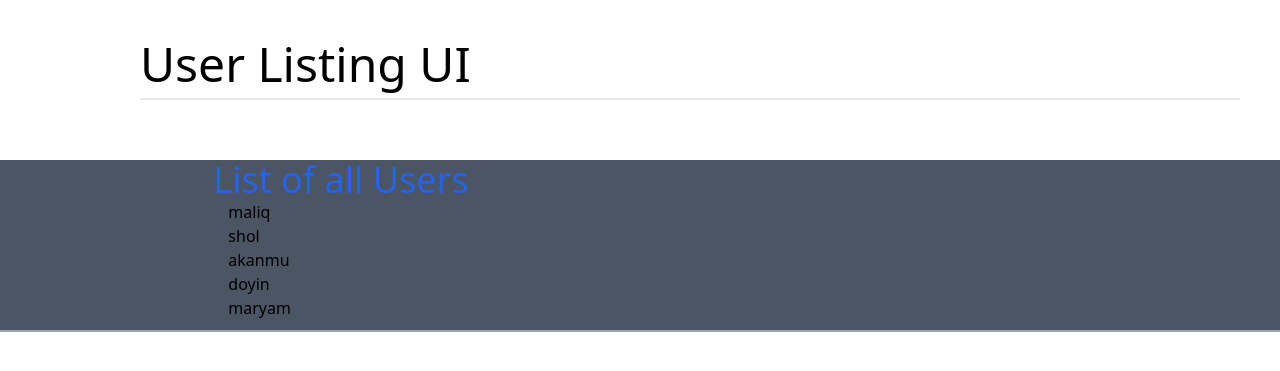
Repository: Marlstergo/listings
Page: / (app in client/)
An editor plug-in stored every save of this project. The page is shown before and after the next save, followed by the edit.
The browser window is 1280 px wide. The pictures show the whole page.
The project was rebuilt for these pictures with package versions that can differ from the ones it lists, and the page was loaded fresh each time. Also part of the build but not shown: client/craco.config.js, client/src/components/Loader.js, client/src/components/Order.js, client/src/components/Modal.js. Imported but missing from the stored project, and not drawn on this page: client/src/components/Base, client/src/components/Toppings.

Above is the page before, as saved 2021-07-20 23:33:22.

### client/src/index.js
/* eslint-disable no-unused-vars */
import React from "react";
import ReactDOM from "react-dom";
import "./index.css";
import App from "./App";
import reportWebVitals from "./reportWebVitals";
import { BrowserRouter } from "react-router-dom";
import { Provider } from "react-redux";
import { store } from "./redux/store";
import { PersistGate } from "redux-persist/integration/react";
import { persistor } from "./redux/store";

ReactDOM.render(
  <React.StrictMode>
    <Provider store={store}>
      <BrowserRouter>
        <PersistGate persistor={persistor}>
          <App />
        </PersistGate>
      </BrowserRouter>
    </Provider>
  </React.StrictMode>,
  document.getElementById("root")
);

// If you want to start measuring performance in your app, pass a function
// to log results (for example: reportWebVitals(console.log))
// or send to an analytics endpoint. Learn more: https://bit.ly/CRA-vitals
reportWebVitals();

### client/src/App.js
import React, { useState } from 'react';
import { Route, Switch, useLocation } from "react-router-dom";
import Header from './components/Header';
import Home from './components/Home';
import Base from './components/Base';
import Toppings from './components/Toppings';
import Order from './components/Order';
import Modal from './components/Modal';
import { AnimatePresence } from 'framer-motion';

function App() {
  const location = useLocation();
  const showModal = true;

  return (
    <>
      <Header />
      {/* <Modal showModal={showModal} /> */}
      <AnimatePresence exitBeforeEnter>
        <Switch location={location} key={location.key}>
          <Route path="/">
            <Home />
          </Route>
          <Route path="/createUpdateUser">
            <Toppings />
          </Route>
          <Route path="/order">
            <Order />
          </Route>
          <Route path="/">
            <Home />
          </Route>
        </Switch>
      </AnimatePresence>

    </>
  );
}

export default App;

### client/src/redux/store.js
import { createStore, applyMiddleware } from "redux";
import { logger } from 'redux-logger';
import {persistStore} from 'redux-persist';
// import thunk from 'redux-thunk'
import createSagaMiddleware from 'redux-saga'

import rootSaga from './root-sagas'

import rootReducer from './root-reducer';

const sagaMiddleware = createSagaMiddleware()

const middleware = [sagaMiddleware];

if( process.env.NODE_ENV === 'development'){
    middleware.push(logger)
}

export const store = createStore(rootReducer, applyMiddleware(...middleware))

sagaMiddleware.run(rootSaga)

export const persistor = persistStore(store)

export default (store, persistor);

### client/src/components/Header.js
import React from 'react';
import { motion } from 'framer-motion';

const svgVariants = {
  hidden: { rotate: -180 },
  visible: {
    rotate: 0,
    transition: { duration : 1 }
  },
}

const pathVariants = {
  hidden: {
    opacity: 0,
    pathLength: 0,
  },
  visible: {
    opacity: 1,
    pathLength: 1,
    transition: {
      duration: 2,
      ease: "easeInOut",
    }
  }
};


const Header = () => {
  return (
    <header className='flex p-[40px]  items-center'>
      <motion.div className="logo"
        drag
        dragConstraints={{ left: 0, top: 0, right: 0, bottom: 0 }}
        dragElastic={0.7}
      >
        <motion.svg className="w-[80px] overflow-visible" xmlns="http://www.w3.org/2000/svg" viewBox="0 0 100 100"
          variants={svgVariants}
          initial="hidden"
          animate="visible"
        >
          <motion.path
            fill="none"
            d="M40 40 L80 40 C80 40 80 80 40 80 C40 80 0 80 0 40 C0 40 0 0 40 0Z"
            variants={pathVariants}
          />
          <motion.path
            fill="none"
            d="M50 30 L50 -10 C50 -10 90 -10 90 30 Z"
            variants={pathVariants}
          />
        </motion.svg>
      </motion.div>
      <motion.div className=" flex-grow ml-[20px] text-xs"
        initial={{ y: -250}}
        animate={{ y: -10 }}
        transition={{ delay: 0.2, type: 'spring', stiffness: 120 }}
      >
        <h1 className="border-b-2 pb-[10px] text-5xl">User Listing UI</h1>
      </motion.div>
    </header>
  )
}

export default Header;

### client/src/components/Home.js
import React from "react";
import { Link } from "react-router-dom";
import { motion } from "framer-motion";
import Loader from "./Loader";

const buttonVariants = {
  hover: {
    scale: 1.1,
    textShadow: "0px 0px 8px rgb(255,255,255)",
    boxShadow: "0px 0px 8px rgb(255,255,255)",
    transition: {
      duration: 0.3,
      yoyo: 5,
    },
  },
};

const containerVariants = {
  hidden: {
    opacity: 0,
  },
  visible: {
    opacity: 1,
    transition: { delay: 1.5, duration: 1.5 },
  },
  exit: {
    x: "-100vh",
    transition: { ease: "easeInOut" },
  },
};
const users = ["maliq", "shol", "akanmu", "doyin", "maryam"];
const Home = () => {
  return (
    <motion.div
      className="bg-gray-600  pb-[10px] mb-[10px] border-b-2 border-gray-400 flex flex-col items-center"
      variants={containerVariants}
      initial="hidden"
      animate="visible"
      exit="exit"
    >
      <div className="w-2/3 ">
        <h1 className="text-blue-600 text-4xl">List of all Users</h1>
        <ul className="pl-[15px]">
          {users.map(
            (user , idx) => (
              <li key={idx}>{user}</li>
            )
          )}

        </ul>
        {/* <table className="min-w-full divide-y divide-gray-200">
          <thead>
            <tr>
              <th className="px-6 py-3 bg-gray-50 text-left text-xs font-medium text-gray-500 uppercase tracking-wider">
                Transaction
              </th>
              <th className="px-6 py-3 bg-gray-50 text-right text-xs font-medium text-gray-500 uppercase tracking-wider">
                Amount
              </th>
              <th className="hidden px-6 py-3 bg-gray-50 text-left text-xs font-medium text-gray-500 uppercase tracking-wider md:block">
                Status
              </th>
              <th className="px-6 py-3 bg-gray-50 text-right text-xs font-medium text-gray-500 uppercase tracking-wider">
                Date
              </th>
            </tr>
          </thead>
        </table> */}
      </div>
    </motion.div>
  );
};

export default Home;

### client/src/redux/root-sagas.js
import {all, call} from 'redux-saga/effects'
import {userSagas} from './user/user.sagas'


export default function* rootSaga(){
    yield all([
        call(userSagas),
    ])
}

### client/src/redux/root-reducer.js
import {combineReducers} from 'redux'
import userReducer from './user/user.reducer'
// import cartReducer from './cart/cart.reducer'
import {persistReducer} from 'redux-persist'
import storage from 'redux-persist/lib/storage'
// import directoryReducer from './directory/directory.reducer'
// import shopReducer from './shop/shop.reducer'

const persistConfig ={
    key: 'root',
    storage,
    whitelist: ['' ]
}
const rootReducer = combineReducers({
    user: userReducer,

})
export default persistReducer(persistConfig, rootReducer)

### client/src/redux/user/user.sagas.js
import { all, call, put, takeLatest } from "redux-saga/effects";

import UserActionTypes from "./user.types";
import { loadUserDetail } from "./user.action";
// import axios from "axios";
// import { getUserDetailsURL } from "../../components/stringConstants";

export function* getDetails() {
  yield console.log("i fired");

  // try {
  //   console.log("inside try");

  //   const res = yield axios.get(getUserDetailsURL);
  //   const data = yield res.data;
  //   console.log(res);
  //   yield put(loadUserDetail(data ? data.data[0] : {}));
  // } catch (err) {
  //   console.log(err.response);
  //   if (err.response && err.response.statusText === "Not Found") {
  //     // console.log("");
  //     window.location.href = "/profile/settings?newUser=0837";
  //   }
  // }
}

export function* getUserDetails() {
  yield takeLatest(UserActionTypes.GET_USER_DETAIL, getDetails);
}
// export function* loadUserDetails(){
//     yield takeLatest(UserActionTypes.LOAD_USER_DETAIL, loadDetails)
// }

export function* userSagas() {
  yield all([call(getUserDetails)]);
}

### client/src/redux/user/user.reducer.js
import UserActionTypes from "./user.types";
const INITIAL_STATE = {
  // currentUser: null,
  userDetail: {},
  demo: 'i am demo',
  location: null

};
const userReducer = (state = INITIAL_STATE, action) => {
  switch (action.type) {

    case UserActionTypes.LOAD_USER_DETAIL:
      return {
        ...state,
        userDetail: action.payload,
      };

    case UserActionTypes.COLLECT_GEOLOCATION:
      return {
        ...state,
        location: action.payload
      }
    default:
      return state;
  }
};

export default userReducer;

### client/src/redux/user/user.types.js
const UserActionTypes ={
    GOOGLE_SIGN_IN_START : 'GOOGLE_SIGN_IN_START',
    SIGN_IN_SUCCESS : 'SIGN_IN_SUCCESS',
    SIGN_IN_FAILURE : 'SIGN_IN_FAILURE',
    GET_USER_DETAIL: 'GET_USER_DETAIL',
    LOAD_USER_DETAIL: 'LOAD_USER_DETAIL',
    COLLECT_GEOLOCATION: 'COLLECT_GEOLOCATION',
    FETCH_GEOLOCATION: 'FETCH_GEOLOCATION'
}
export default UserActionTypes;

### client/src/redux/user/user.action.js
import UserActionTypes from './user.types'



// export const googleSignInStart = () => ({
//     type: UserActionTypes.GOOGLE_SIGN_IN_START
// })

// export const signInSuccess = (user) => ({
//     type: UserActionTypes.SIGN_IN_SUCCESS,
//     payload: user
// })

export const getUserDetail = () => ({
    type: UserActionTypes.GET_USER_DETAIL,

})
export const loadUserDetail = (details) => ({
    type: UserActionTypes.LOAD_USER_DETAIL,
    payload: details
})

export const fetchGeoloction = () => ({
    type: UserActionTypes.FETCH_GEOLOCATION
})
export const collectGeolocation = (location) => ({
    type: UserActionTypes.COLLECT_GEOLOCATION,
    payload: location
})
// })

### client/tailwind.config.js
  // tailwind.config.js
  module.exports = {
    mode:'jit',
    purge: ['./src/**/*.{js,jsx,ts,tsx}', './public/index.html'],
     darkMode: false, // or 'media' or 'class'
     theme: {
       extend: {},
     },
     variants: {
       extend: {},
     },
     plugins: [],
   }

Loaded but not shown: client/public/index.html (common file); client/src/index.css (common file); client/src/reportWebVitals.js (common file)

After the next save:
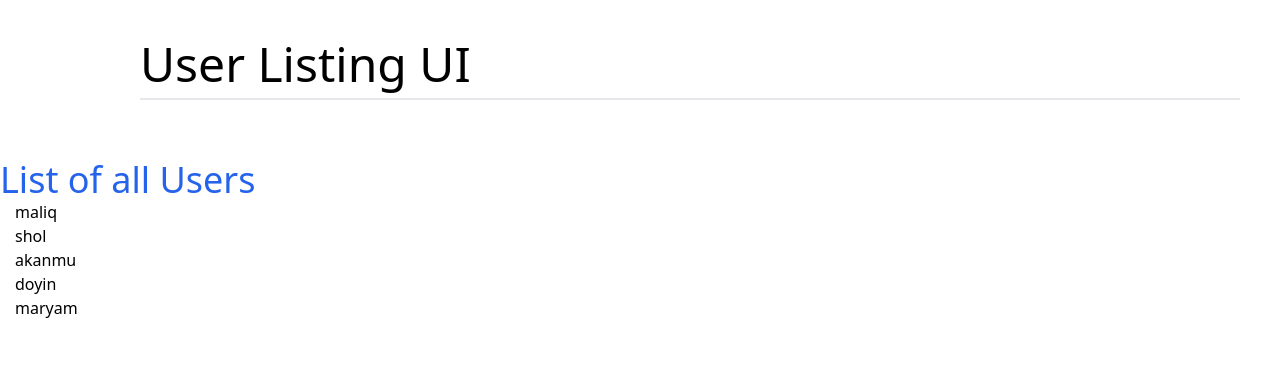
Saved 68 s later.
--- a/client/src/components/Home.js
+++ b/client/src/components/Home.js
@@ -1,6 +1,6 @@
 import React from "react";
 import { Link } from "react-router-dom";
-import { motion } from "framer-motion";
+// import { motion } from "framer-motion";
 import Loader from "./Loader";
 
 const buttonVariants = {
@@ -31,13 +31,13 @@ const containerVariants = {
 const users = ["maliq", "shol", "akanmu", "doyin", "maryam"];
 const Home = () => {
   return (
-    <motion.div
-      className="bg-gray-600  pb-[10px] mb-[10px] border-b-2 border-gray-400 flex flex-col items-center"
-      variants={containerVariants}
-      initial="hidden"
-      animate="visible"
-      exit="exit"
-    >
+    // <motion.div
+    //   className="bg-gray-600  pb-[10px] mb-[10px] border-b-2 border-gray-400 flex flex-col items-center"
+    //   variants={containerVariants}
+    //   initial="hidden"
+    //   animate="visible"
+    //   exit="exit"
+    // >
       <div className="w-2/3 ">
         <h1 className="text-blue-600 text-4xl">List of all Users</h1>
         <ul className="pl-[15px]">
@@ -67,7 +67,7 @@ const Home = () => {
           </thead>
         </table> */}
       </div>
-    </motion.div>
+    // </motion.div>
   );
 };
 
